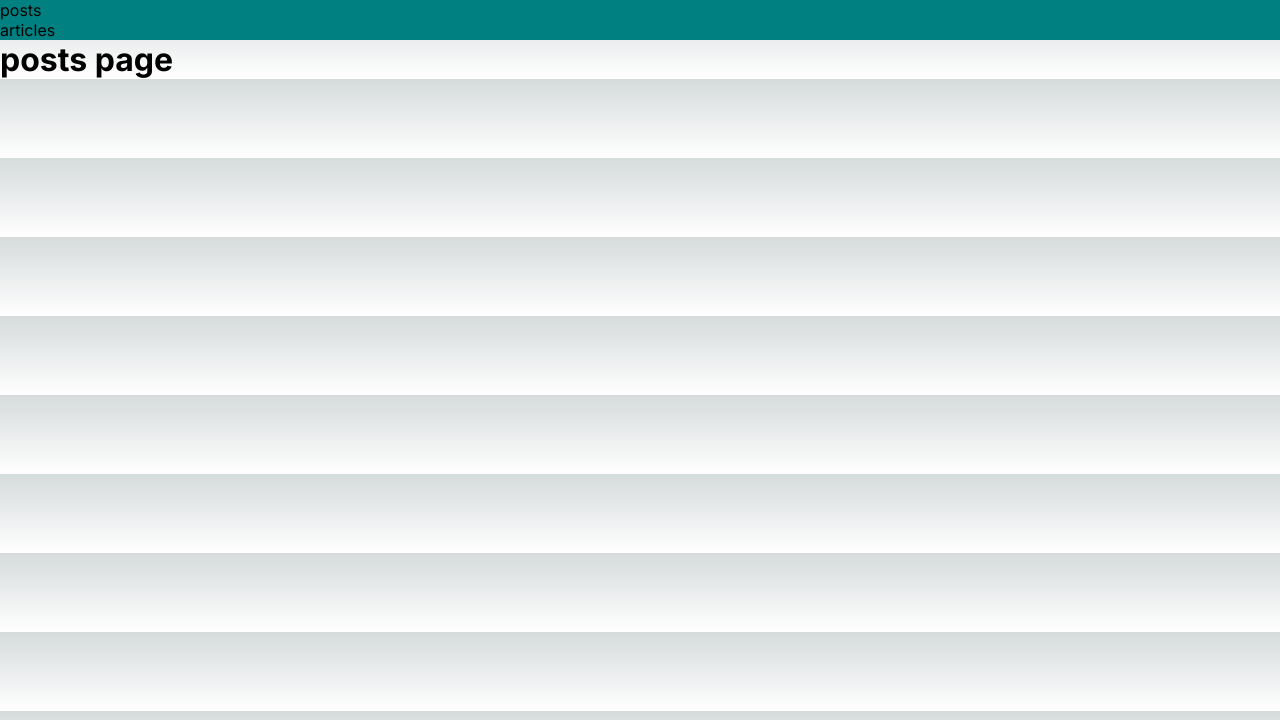
Repository: abdulrahmanmahmood/The-first-Next-js-app
Page: /posts
These files come from the project's save history. The page is drawn as it stood at one moment and after the next save; the edit follows.
The browser window is 1280 px wide. The pictures show the whole page.
The project was rebuilt for these pictures with package versions that can differ from the ones it lists, and the page was loaded fresh each time. The framework's server and built-in components were replaced by stand-ins that run in the browser. Also part of the build but not shown: next.config.js.

Above is the page before, as saved 2023-10-29 23:18:57.

After the next save:
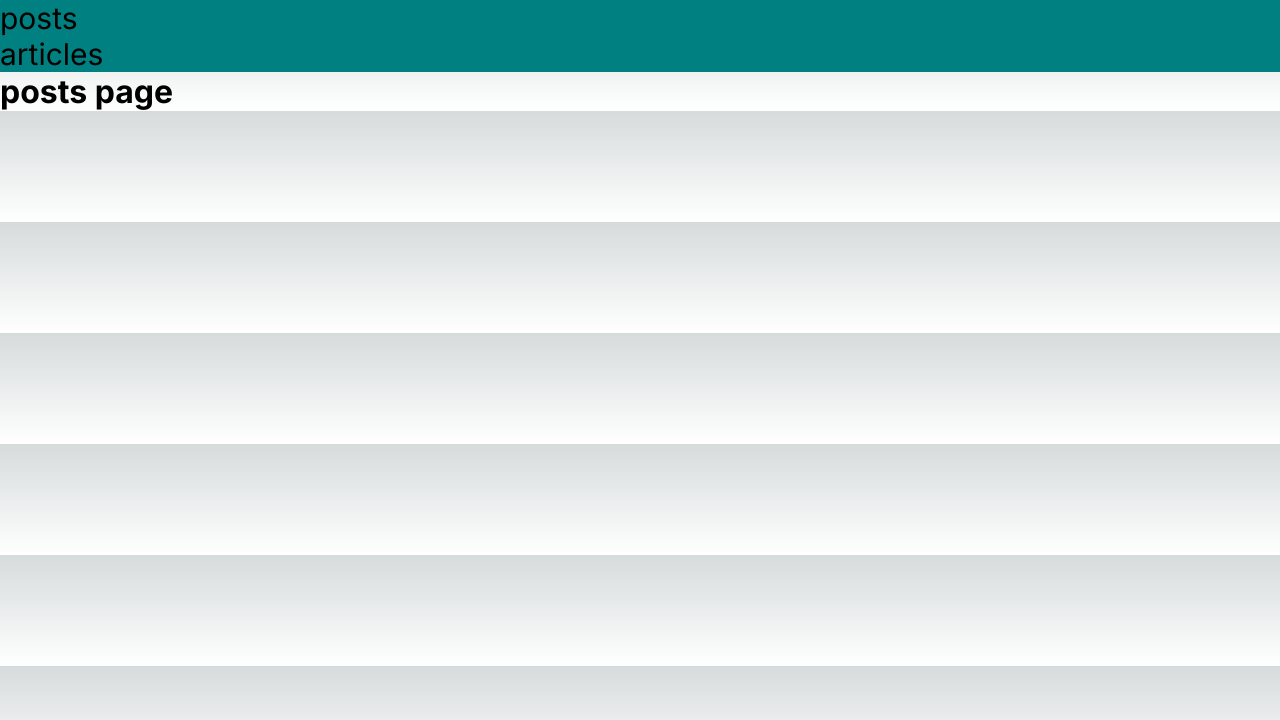
Saved 11 s later.
--- a/app/layout.js
+++ b/app/layout.js
@@ -13,7 +13,7 @@ export default function RootLayout({ children }) {
   return (
     <html lang="en">
       <body className={inter.className}>
-        <nav style={{width:"100%", background:"teal", fontSize:""}}>
+        <nav style={{width:"100%", background:"teal", fontSize:"30px"}}>
           <ul>
             <li><Link href="/posts">
             posts
